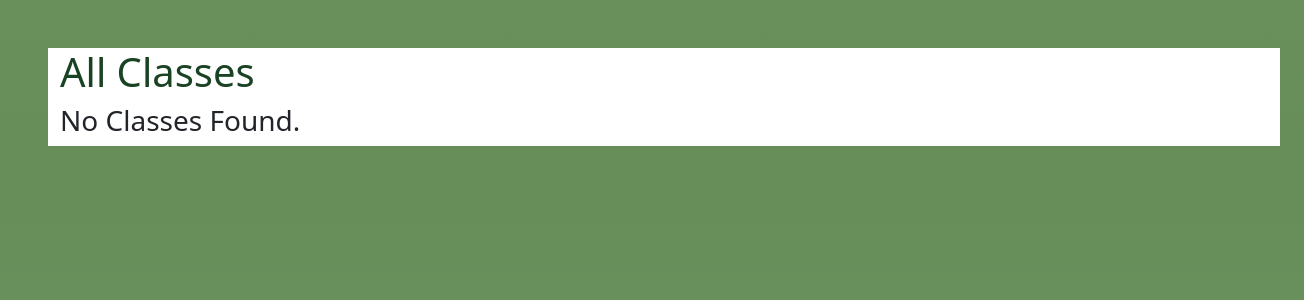
Repository: ronetteguevara/CalTech-ZumbaApp
Page: http://localhost/ZumbaApp/ViewClasses.jsp
An editor plug-in stored every save of this project. The page is shown before and after the next save, followed by the edit.
The browser window is 1280 px wide. The page is 1304 px wide, so the pictures cover 1304 px, including what lies to the right of the window. The pictures show the whole page.
The page is served by Tomcat 10. Queries for data that is not in the repository find no rows.

Above is the page before, as saved 2024-05-03 01:47:41.

After the next save:
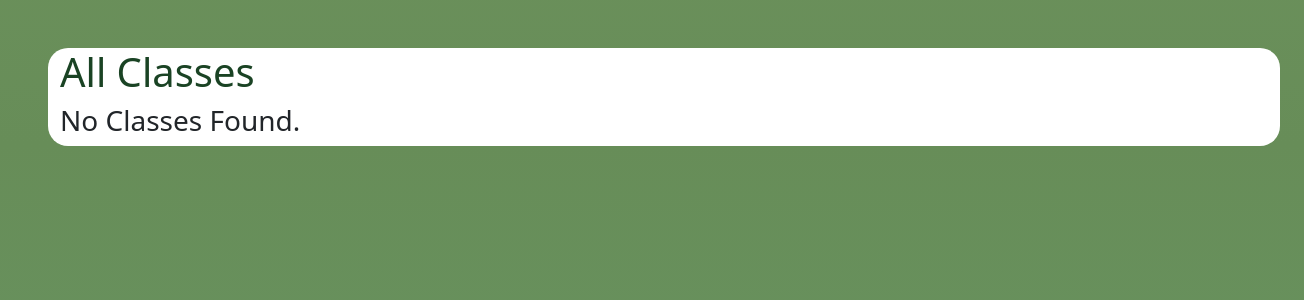
Saved 29 s later.
--- a/ZumbaApp/ZumbaApp/src/main/webapp/ViewClasses.jsp
+++ b/ZumbaApp/ZumbaApp/src/main/webapp/ViewClasses.jsp
@@ -9,7 +9,7 @@
 <body class="gradient-background">
 
         <div class="my-4 mx-4 d-flex justify-content-center col-xl-12 col-lg-12 col-md-12 col-sm-12 col-12">
-        <div class="container-fluid mx-4 my-4" style="background-color: white;">
+        <div class="container-fluid mx-4 my-4" style="background-color: white; border-radius: 20px;">
         <h1>All Classes</h1>
 
         <%
